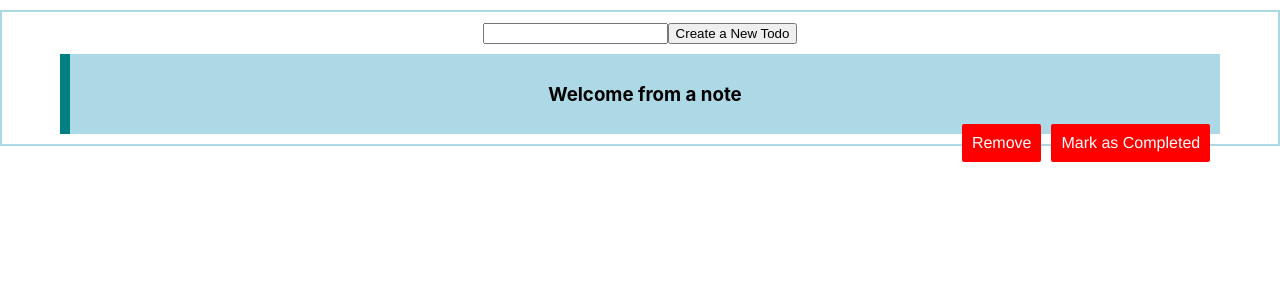
Repository: CaptainStorm21/react-ecosystem-course
Page: /
The author's editor kept a copy of each file at every save. The page is drawn from the files as they stood at one save, then again after the next save.
The browser window is 1280 px wide. The pictures show the whole page.
The project was rebuilt for these pictures with package versions that can differ from the ones it lists, and the page was loaded fresh each time.

Above is the page before, as saved 2020-05-30 17:52:05.

After the next save:
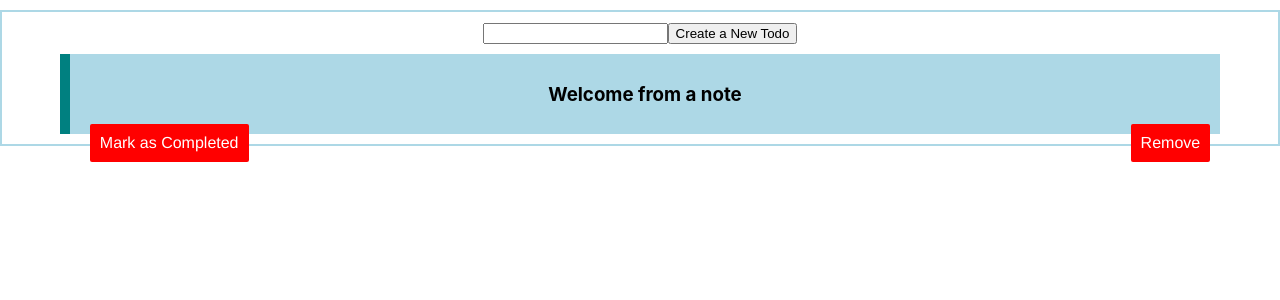
Saved 9 s later.
--- a/src/todos/NewTodoForm.css
+++ b/src/todos/NewTodoForm.css
@@ -27,6 +27,6 @@
   font-size: medium;
   font-family: "Franklin Gothic Medium", "Arial Narrow", Arial, sans-serif;
   border-radius: 2px;
-  float: right;
+  float: left;
   color: white;
 }
